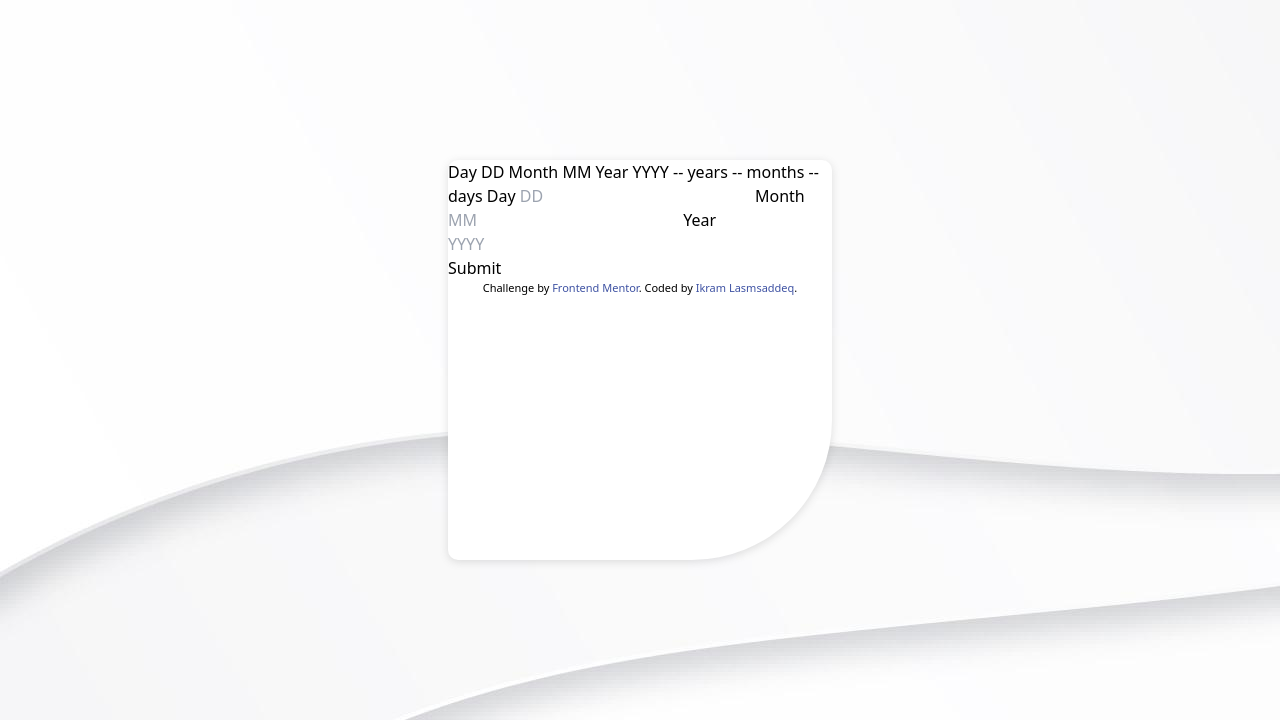
Repository: ikram-lisa/age-display
Page: /
The author's editor kept a copy of each file at every save. The page is drawn from the files as they stood at one save, then again after the next save.
The browser window is 1280 px wide. The pictures show the whole page.
Some web libraries are served in a nearby version. The project was rebuilt for these pictures with package versions that can differ from the ones it lists, and the page was loaded fresh each time.

Above is the page before, as saved 2024-04-30 15:33:00.

### index.html
<!DOCTYPE html>
<html lang="en">
  <head>
    <meta charset="UTF-8" />
    <meta name="viewport" content="width=device-width, initial-scale=1.0" />
    <!-- displays site properly based on user's device -->
    <link href="https://cdn.tailwindcss.com" rel="stylesheet" />
    <link rel="stylesheet" href="./css/style.scss" />
    <link
      rel="icon"
      type="image/png"
      sizes="32x32"
      href="./assets/images/favicon-32x32.png"
    />

    <title>Frontend Mentor | Age calculator app</title>
    <style>
      .attribution {
        font-size: 11px;
        text-align: center;
      }
      .attribution a {
        color: hsl(228, 45%, 44%);
      }
    </style>
  </head>
  <!-- <script type="module" src="js/script.js"></script> -->
  <body>
    <section class="calculator bg-red-500">
      <form action="">
        Day DD Month MM Year YYYY -- years -- months -- days
        <label for="day">Day</label>
        <input id="day" type="number" placeholder="DD" />

        <label for="month">Month</label>
        <input id="month" type="number" placeholder="MM" />

        <label for="year">Year</label>
        <input id="year" type="number" placeholder="YYYY" />
      </form>

      <button id="submit">Submit</button>

      <div class="result">
        <p class="days"></p>
        <p class="month"></p>
        <p class="years"></p>
      </div>

      <div class="attribution">
        Challenge by
        <a href="https://www.frontendmentor.io?ref=challenge" target="_blank"
          >Frontend Mentor</a
        >. Coded by <a href="#">Ikram Lasmsaddeq</a>.
      </div>
    </section>
  </body>
</html>

### css/style.scss
@tailwind base;
@tailwind components;
@tailwind utilities;

* {
  margin: 0;
  padding: 0;
  box-sizing: border-box;
}
body {
  background-image: url("../images/background.jpg");
  height: 100vh;
  overflow: hidden;
}
.calculator {
  width: 30%;
  height: 400px;
  background-color: white;
  position: absolute;
  top: 50%;
  left: 50%;
  transform: translate(-50%, -50%);
  border-radius: 10px 10px 140px 10px;
  box-shadow: rgba(99, 99, 99, 0.2) 0px 2px 8px 0px;
}

Loaded but not shown: tailwind.config.js (1075 lines, source omitted)

After the next save:
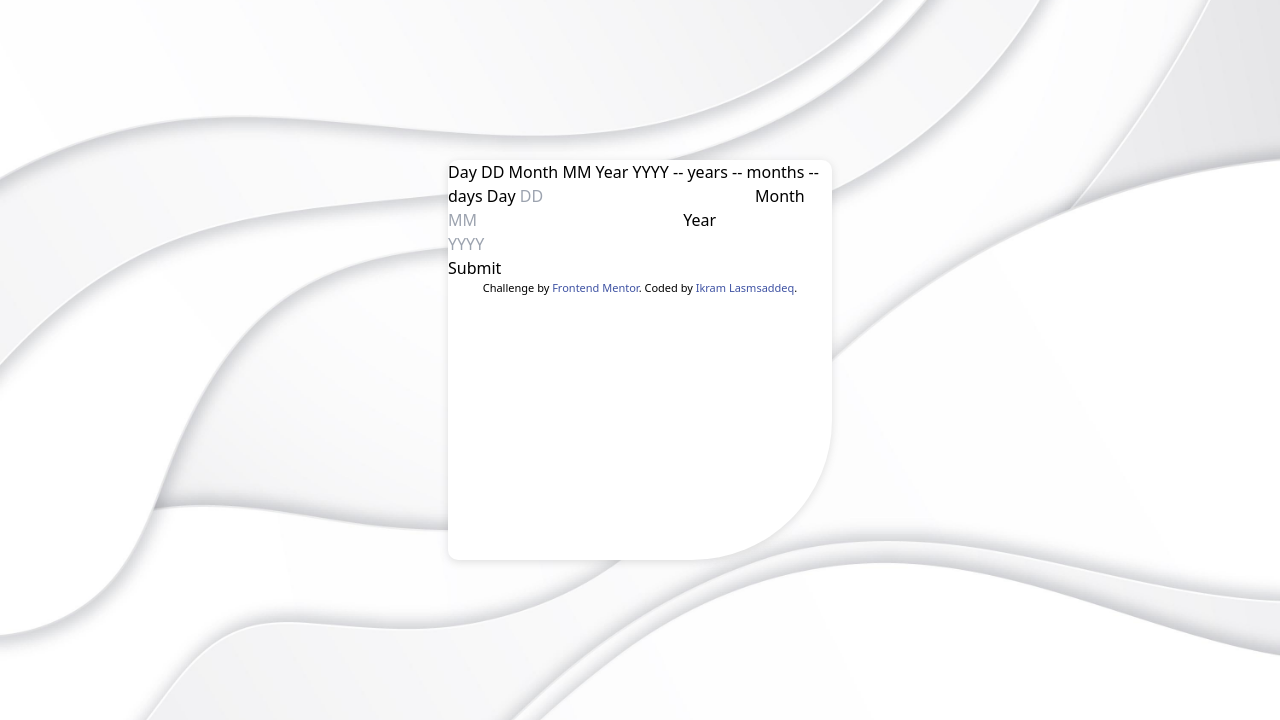
Saved 87 s later.
--- a/css/style.scss
+++ b/css/style.scss
@@ -11,6 +11,8 @@ body {
   background-image: url("../images/background.jpg");
   height: 100vh;
   overflow: hidden;
+  background-size: cover;
+  background-position: center;
 }
 .calculator {
   width: 30%;
